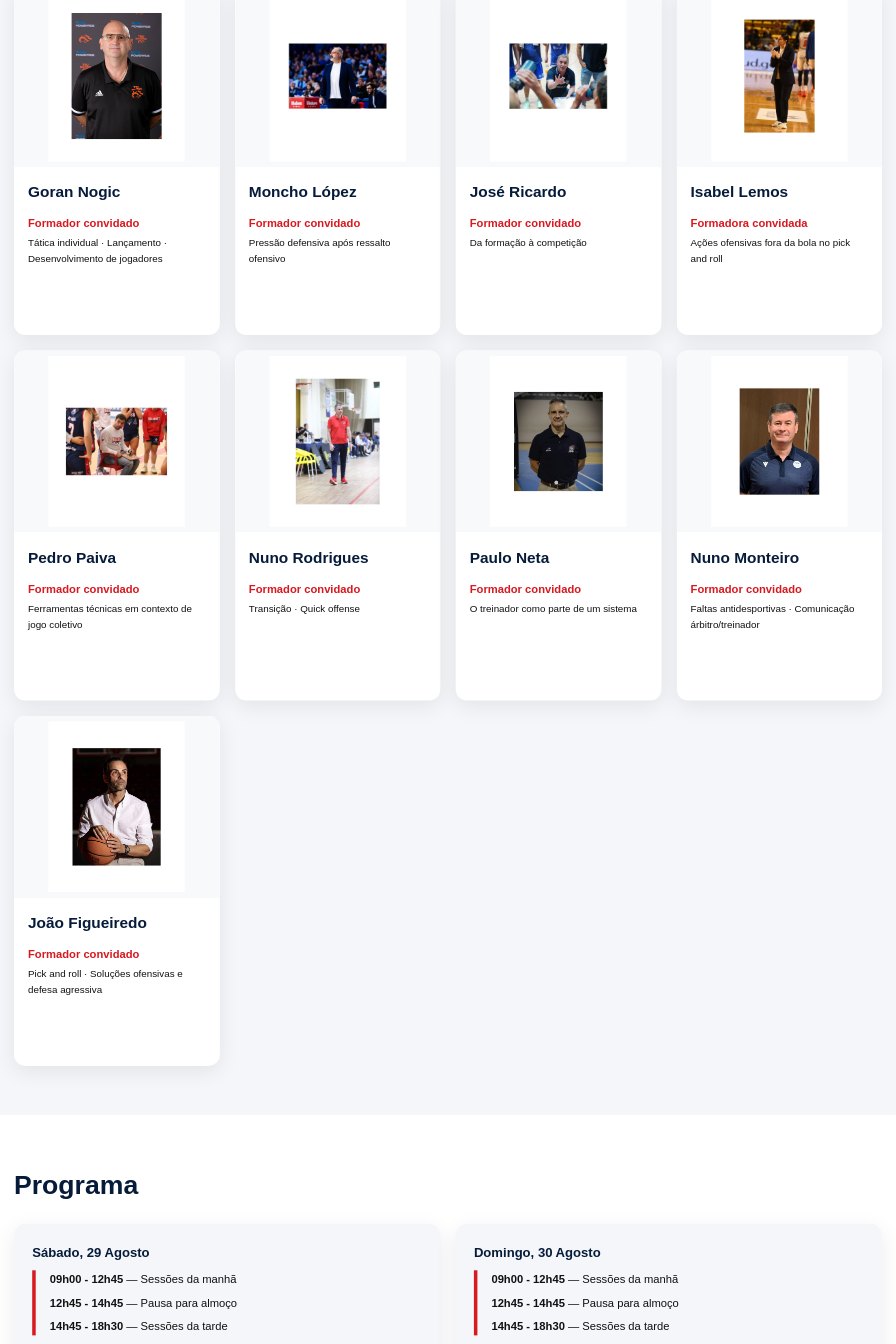
Repository: Vasco18Ferreira/clinic-internacional-maia
Page: index.html
These files come from the project's save history. The page is drawn as it stood at one moment and after the next save; the edit follows.
The browser window is 1280 px wide. The pictures show the part of the page from y = 1444 to 3364 px (the page is 6226 px tall), at 70% of full size.

Above is the page before, as saved 2026-07-20 22:54:56.

After the next save:
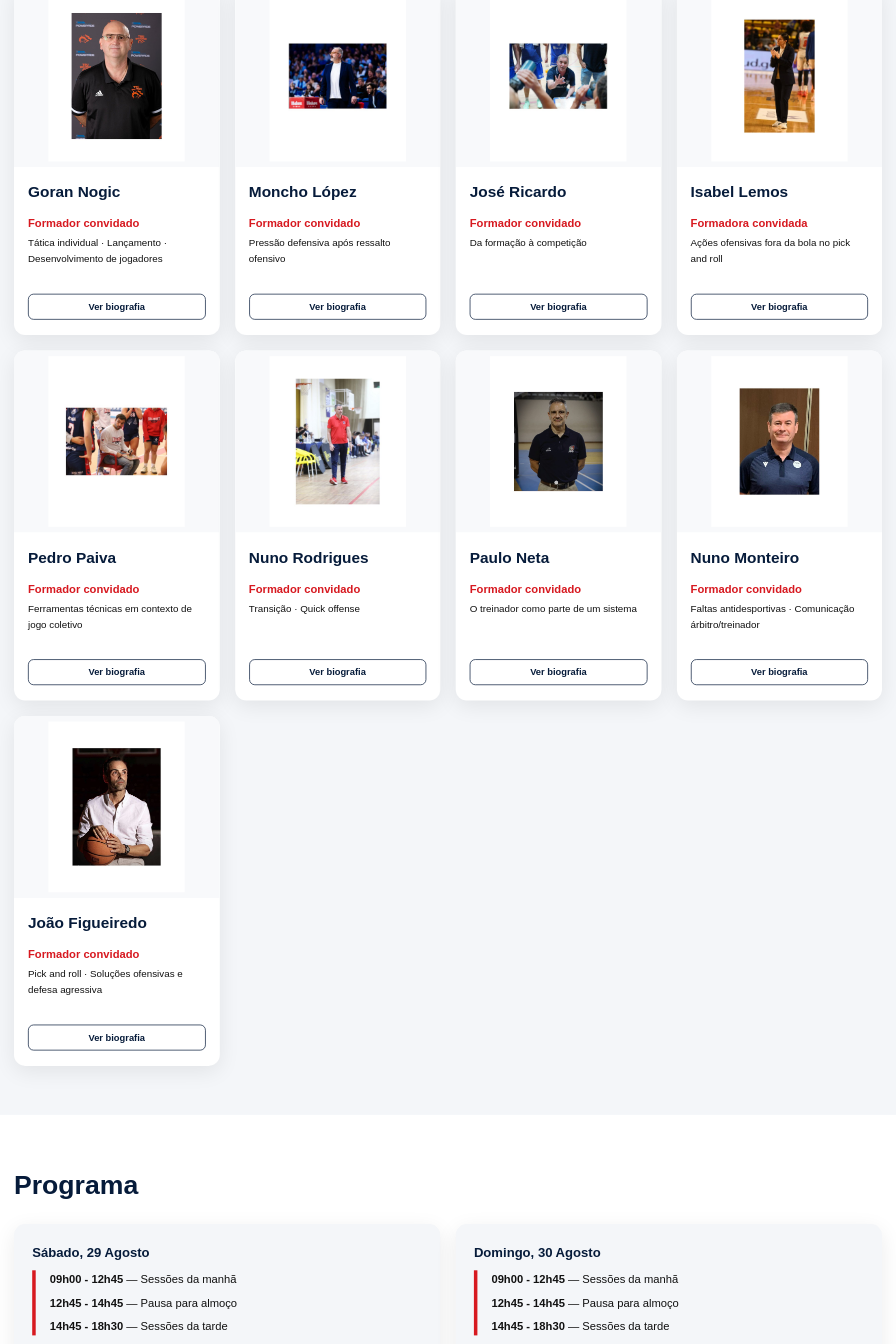
Saved 45 min 44 s later.
--- a/index.html
+++ b/index.html
@@ -449,6 +449,19 @@
         <h3>Goran Nogic</h3>
         <p>Formador convidado</p>
         <span>Tática individual · Lançamento · Desenvolvimento de jogadores</span>
+
+        <button class="bio-button" type="button" onclick="toggleBio(this)">
+          Ver biografia
+        </button>
+
+        <div class="speaker-bio">
+          <p>
+            Treinador com vasta experiência no basquetebol português e
+            internacional, destacando-se pelo trabalho no desenvolvimento
+            individual de jogadores, na formação e na construção de equipas
+            competitivas.
+          </p>
+        </div>
       </div>
 
       <div class="card speaker-card">
@@ -456,13 +469,39 @@
         <h3>Moncho López</h3>
         <p>Formador convidado</p>
         <span>Pressão defensiva após ressalto ofensivo</span>
+
+        <button class="bio-button" type="button" onclick="toggleBio(this)">
+          Ver biografia
+        </button>
+
+        <div class="speaker-bio">
+          <p>
+            Treinador espanhol com experiência no basquetebol de alto
+            rendimento, incluindo passagens por competições profissionais em
+            Espanha e Portugal. Foi selecionador nacional sénior masculino de
+            Portugal e conta com um vasto percurso na liderança de equipas.
+          </p>
+        </div>
       </div>
 
       <div class="card speaker-card">
-        <img src="assets/jose-ricardo.jpg" alt="José ricardo">
+        <img src="assets/jose-ricardo.jpg" alt="José Ricardo">
         <h3>José Ricardo</h3>
         <p>Formador convidado</p>
         <span>Da formação à competição</span>
+
+        <button class="bio-button" type="button" onclick="toggleBio(this)">
+          Ver biografia
+        </button>
+
+        <div class="speaker-bio">
+          <p>
+            Treinador de Grau III, com uma longa experiência no basquetebol
+            português e participação regular em ações de formação para
+            treinadores. O seu percurso combina competição, desenvolvimento
+            de atletas e formação técnica.
+          </p>
+        </div>
       </div>
 
       <div class="card speaker-card">
@@ -470,6 +509,19 @@
         <h3>Isabel Lemos</h3>
         <p>Formadora convidada</p>
         <span>Ações ofensivas fora da bola no pick and roll</span>
+
+        <button class="bio-button" type="button" onclick="toggleBio(this)">
+          Ver biografia
+        </button>
+
+        <div class="speaker-bio">
+          <p>
+            Treinadora com um percurso marcante no desenvolvimento de jovens
+            atletas. Foi coordenadora da formação do FC Porto e integrou
+            equipas técnicas lideradas por Moncho López, acumulando experiência
+            na formação e no basquetebol de rendimento.
+          </p>
+        </div>
       </div>
 
       <div class="card speaker-card">
@@ -477,6 +529,19 @@
         <h3>Pedro Paiva</h3>
         <p>Formador convidado</p>
         <span>Ferramentas técnicas em contexto de jogo coletivo</span>
+
+        <button class="bio-button" type="button" onclick="toggleBio(this)">
+          Ver biografia
+        </button>
+
+        <div class="speaker-bio">
+          <p>
+            Treinador do Maia Basket Clube, com experiência no acompanhamento
+            e desenvolvimento de equipas e atletas dos escalões de formação.
+            O seu trabalho está ligado à evolução técnica e coletiva dos
+            jovens jogadores.
+          </p>
+        </div>
       </div>
 
       <div class="card speaker-card">
@@ -484,6 +549,19 @@
         <h3>Nuno Rodrigues</h3>
         <p>Formador convidado</p>
         <span>Transição · Quick offense</span>
+
+        <button class="bio-button" type="button" onclick="toggleBio(this)">
+          Ver biografia
+        </button>
+
+        <div class="speaker-bio">
+          <p>
+            Treinador com experiência no basquetebol sénior e de formação,
+            atualmente ligado ao Maia Basket Clube. O seu trabalho destaca-se
+            pela organização coletiva, desenvolvimento dos jogadores e
+            preparação competitiva das equipas.
+          </p>
+        </div>
       </div>
 
       <div class="card speaker-card">
@@ -491,6 +569,19 @@
         <h3>Paulo Neta</h3>
         <p>Formador convidado</p>
         <span>O treinador como parte de um sistema</span>
+
+        <button class="bio-button" type="button" onclick="toggleBio(this)">
+          Ver biografia
+        </button>
+
+        <div class="speaker-bio">
+          <p>
+            Diretor Técnico Nacional da Federação Portuguesa de Basquetebol,
+            com experiência anterior como Diretor Técnico Regional da
+            Associação de Basquetebol do Porto. Desenvolve também atividade
+            na área do ensino e da formação de treinadores.
+          </p>
+        </div>
       </div>
 
       <div class="card speaker-card">
@@ -498,6 +589,19 @@
         <h3>Nuno Monteiro</h3>
         <p>Formador convidado</p>
         <span>Faltas antidesportivas · Comunicação árbitro/treinador</span>
+
+        <button class="bio-button" type="button" onclick="toggleBio(this)">
+          Ver biografia
+        </button>
+
+        <div class="speaker-bio">
+          <p>
+            Árbitro, comissário e observador ligado à Associação de
+            Basquetebol do Porto, com experiência na arbitragem e no
+            acompanhamento técnico de juízes. Desenvolve também trabalho
+            na formação e valorização da arbitragem.
+          </p>
+        </div>
       </div>
 
       <div class="card speaker-card">
@@ -505,6 +609,18 @@
         <h3>João Figueiredo</h3>
         <p>Formador convidado</p>
         <span>Pick and roll · Soluções ofensivas e defesa agressiva</span>
+
+        <button class="bio-button" type="button" onclick="toggleBio(this)">
+          Ver biografia
+        </button>
+
+        <div class="speaker-bio">
+          <p>
+            Treinador do SC Braga, depois de uma passagem pela UD Oliveirense.
+            Possui experiência no basquetebol sénior de alto nível e no
+            desenvolvimento de equipas em contexto competitivo.
+          </p>
+        </div>
       </div>
 
     </div>
